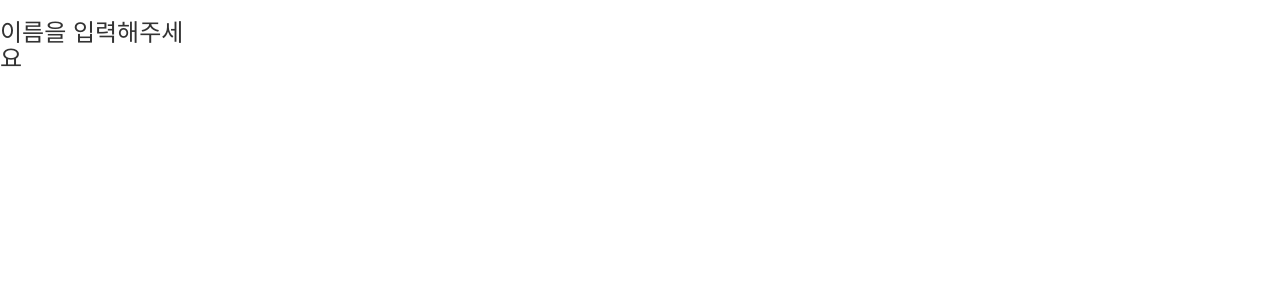
Repository: jungbee2/jungproject
Page: http://localhost/JstlProject/day0330/ex4_choose.jsp
The author's editor kept a copy of each file at every save. The page is drawn from the files as they stood at one save, then again after a run of saves.
The browser window is 1280 px wide. The pictures show the whole page.
Some web fonts or font styles are not loaded; a fallback is used. The page is served by Tomcat 9.

Above is the page before, as saved 2023-03-30 02:07:47.

After the next 2 saves:
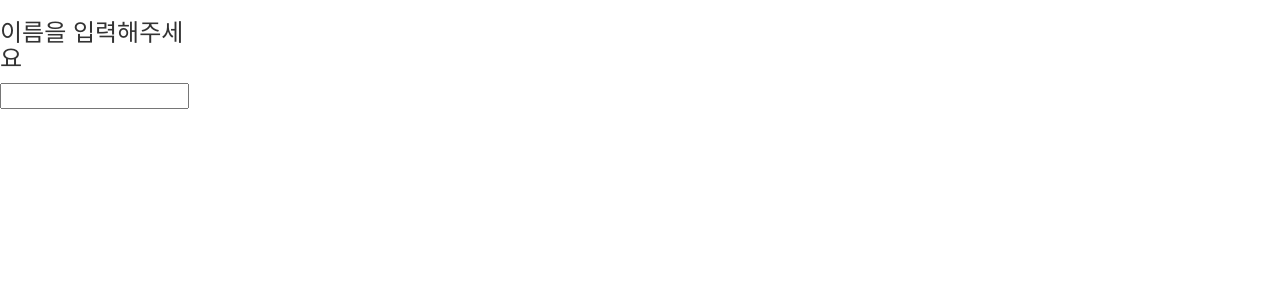
The 2 saves are shown as one change because they came seconds apart.
The last was saved 9 s later.
--- a/JstlProject/src/main/webapp/day0330/ex4_choose.jsp
+++ b/JstlProject/src/main/webapp/day0330/ex4_choose.jsp
@@ -21,6 +21,7 @@
 <fmt:requestEncoding value="utf-8"/>
 <form action="ex4_choose.jsp" method="post" style="width:200px;">
 <h3>이름을 입력해주세요</h3>
+<input tyle="text">
 </form>
 </body>
 </html>
